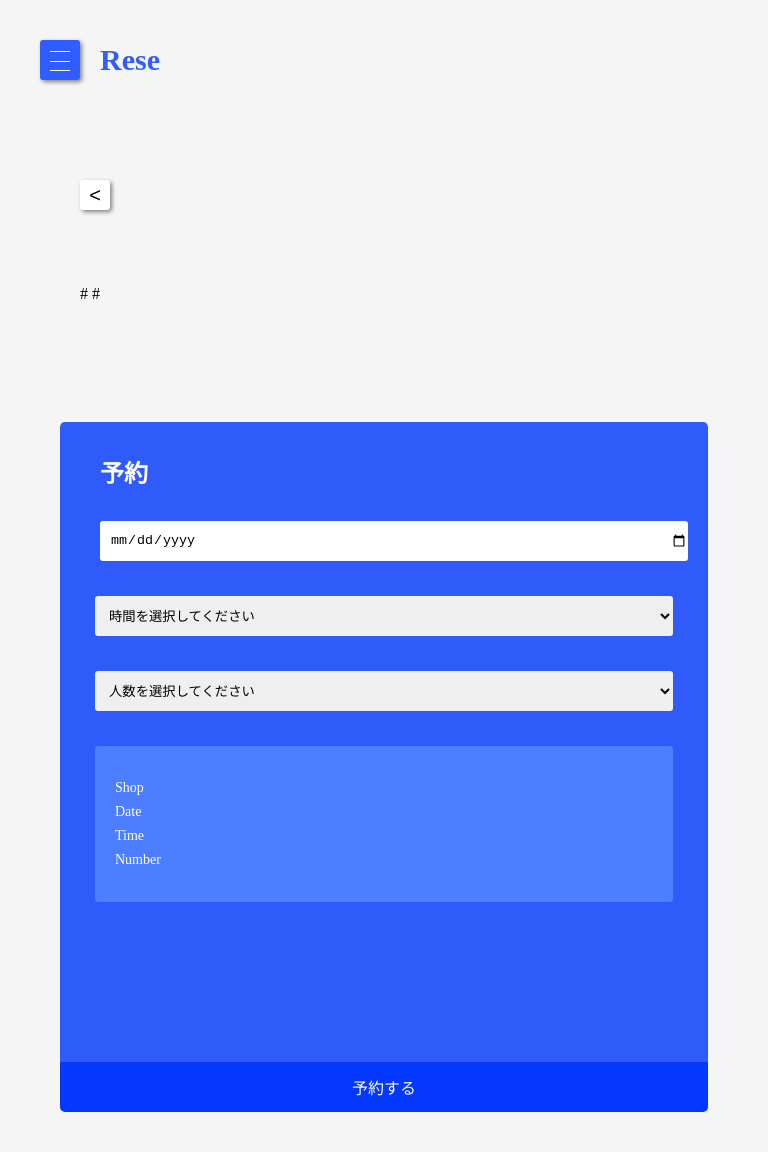
Repository: Haruka-Wada/Rese
Page: src/resources/views/shop_detail.blade.php
An editor plug-in stored every save of this project. The page is shown before and after the next save, followed by the edit.
The browser window is 768 px wide. The pictures show the whole page.
The page is served by the project's Laravel application, run on PHP 8.4 with Laravel 8. The template is opened directly, without the code that normally fills it, so the values that code supplies are empty.

Above is the page before, as saved 2024-11-19 15:26:17.

After the next save:
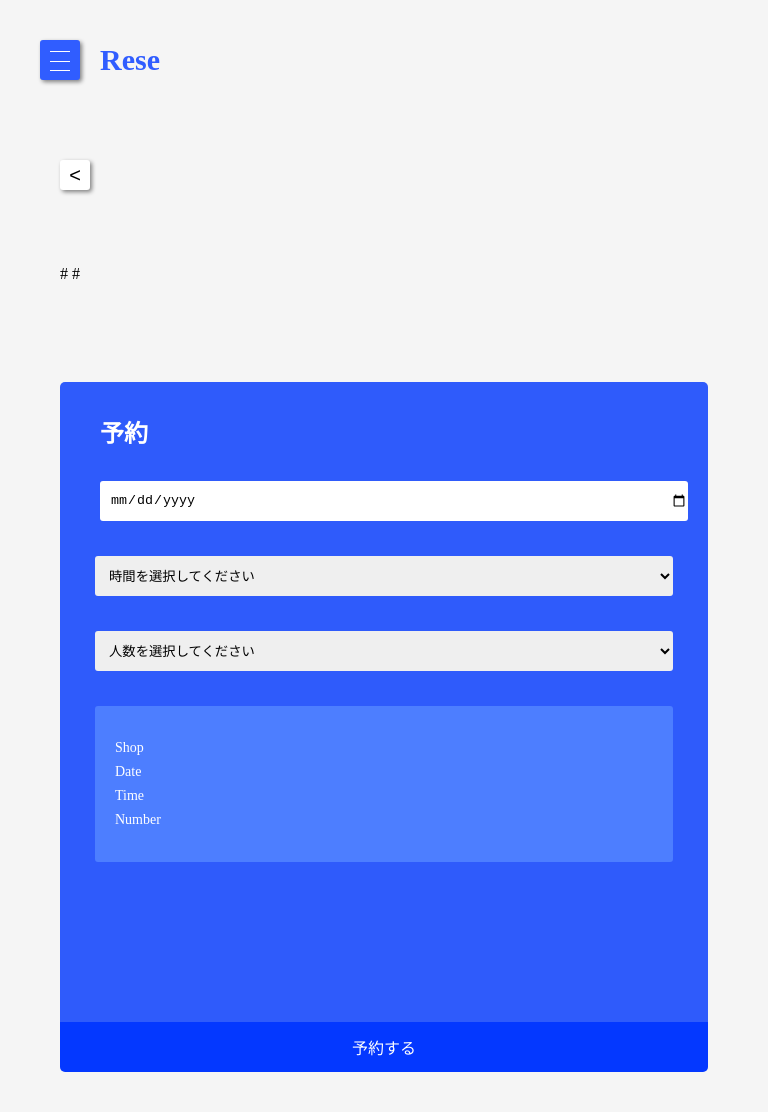
Saved 10 s later.
--- a/src/public/css/shop_detail.css
+++ b/src/public/css/shop_detail.css
@@ -157,7 +157,7 @@
 
     .shop__container {
         width: 90%;
-        margin: ;
+        margin: 30px;
     }
 
     .reservation__container {
